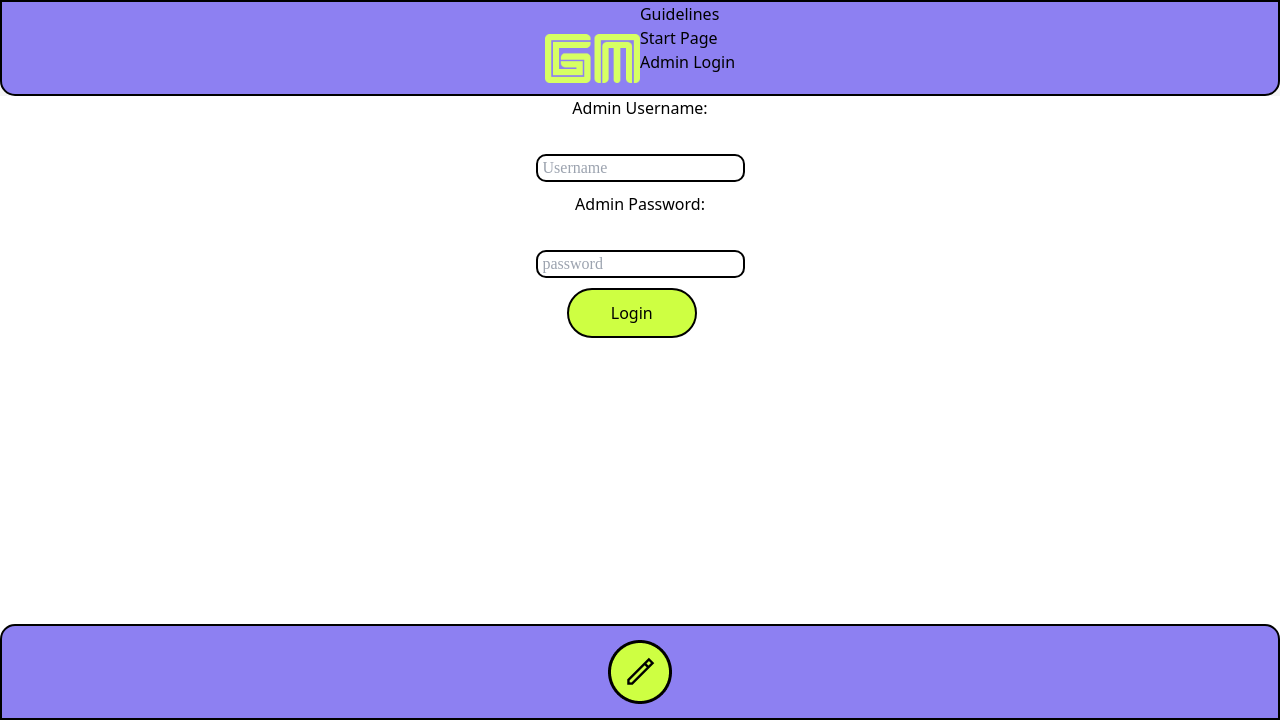
Repository: Yahya9102/Java22-ux22-Sideproject-main
Page: /adminLogin
These files come from the project's save history. The page is drawn as it stood at one moment and after a run of saves; the edit follows.
The browser window is 1280 px wide. The pictures show the whole page.
The project was rebuilt for these pictures with package versions that can differ from the ones it lists, and the page was loaded fresh each time. The framework's server and built-in components were replaced by stand-ins that run in the browser. Also part of the build but not shown: next.config.js.

Above is the page before, as saved 2023-05-04 14:03:15.

### pages/adminLogin.tsx
import { NextPage } from "next"
import Header from "@/p-components/header"
import AdminLogin from "@/p-components/AdminLogin"
import MainFooter from "@/p-components/MainFooter"
import { User } from "@/types/users"

const adminLogin: NextPage<User> = ({}) => {
  return (
    <div>
      <Header />
      <AdminLogin />
      <MainFooter />
    </div>
  )
}

export default adminLogin

### styles/globals.css
@tailwind base;
@tailwind components;
@tailwind utilities;

/* @import url("https://fonts.googleapis.com/css2?family=Space+Grotesk:wght@400;500;600;700&display=swap");
@import url("https://fonts.googleapis.com/css2?family=Space+Mono&display=swap");
@import url("https://fonts.googleapis.com/css2?family=Roboto+Condensed:wght@400;700&display=swap"); */

### p-components/header.tsx
import { NextPage } from "next"
import Image from "next/image"
import gmlogo from "/public/gmlogo.png"
import styles from "./styles/header.module.css"
import { useRouter } from "next/router"
import Link from "next/link"
import { useState } from "react"

const Header: NextPage = () => {
  const router = useRouter()

  const handleReturnToStartPage = () => {
    router.push("/startPage")
  }

  const [menuOpen, setMenuOpen] = useState(false)

  function handleMenuToggle() {
    setMenuOpen(!menuOpen)
  }

  return (
    <div className={styles.header_container}>
      <div className={styles.header_background}>
        <header className={styles.header_body}>
          <div className={styles.menu_icon}>
            <button type="button" onClick={handleMenuToggle}>
              <span className={styles.hamburger}></span>
              <span className={styles.hamburger}></span>
              <span className={styles.hamburger}></span>
            </button>
          </div>
          <div className={styles.menu_title}>
            <button type="button" onClick={handleReturnToStartPage}>
              <Image src={gmlogo} alt="Picture is unavailable" width={95} />
            </button>
          </div>
          <nav
            className={
              menuOpen
                ? `${styles.menu_links} ${styles.menu_open}`
                : styles.menu_links
            }
            onClick={handleMenuToggle}
          >
            <Link href="/">
              <p className={styles.menu_links_p}>Guidelines</p>
            </Link>
            <Link href="/startPage">
              <p className={styles.menu_links_p}>Start Page</p>
            </Link>
            <Link href="/adminLogin">
              <p className={styles.menu_links_p}> Admin Login</p>
            </Link>
          </nav>
        </header>
      </div>
    </div>
  )
}

export default Header

### p-components/AdminLogin.tsx
import { useState } from "react"
import { NextPage } from "next"
import router from "next/router"
import styles from "p-components/styles/adminLogin.module.css"

const AdminLogin: NextPage = () => {
  const ADMIN_USERNAME = process.env.NEXT_PUBLIC_ADMIN_USERNAME
  const ADMIN_PASSWORD = process.env.NEXT_PUBLIC_ADMIN_PASSWORD

  const [adminCredentials, setAdminCredentials] = useState({
    username: "",
    password: "",
  })

  const handleLoginClick = () => {
    if (
      adminCredentials.username === ADMIN_USERNAME &&
      adminCredentials.password === ADMIN_PASSWORD
    ) {
      router.push("/admin")
    } else {
      alert("Invalid admin username or password")
    }
  }

  return (
    <div className={styles.admin_body}>
      <fieldset>
        <label htmlFor="adminUsername" className={styles.label}>
          Admin Username:
        </label>
        <br />
        <input
          className={styles.input_fields}
          type="text"
          name="adminUsername"
          id="adminUsername"
          value={adminCredentials.username}
          onChange={(e) =>
            setAdminCredentials({
              ...adminCredentials,
              username: e.target.value,
            })
          }
          placeholder="Username"
        />
        <br />
        <label className={styles.label} htmlFor="adminPassword">
          Admin Password:
        </label>
        <br />
        <input
          className={styles.input_fields}
          type="password"
          name="adminPassword"
          id="adminPassword"
          value={adminCredentials.password}
          onChange={(e) =>
            setAdminCredentials({
              ...adminCredentials,
              password: e.target.value,
            })
          }
          placeholder="password"
        />
        <br />
        <button className={styles.adminLogin_button} onClick={handleLoginClick}>
          Login
        </button>
      </fieldset>
    </div>
  )
}

export default AdminLogin

### p-components/MainFooter.tsx
import React from "react"
import styles from "./styles/mainFooter.module.css"
import { useRouter } from "next/router"
import Image from "next/image"
import navbarImage from "../public/posticon.png"

function MainFooter() {
  const router = useRouter()

  const handleCreateButtonClick = () => {
    router.push("/createUser")
  }

  return (
    <div>
      <nav className={styles.main_footer}>
        <button type="submit" onClick={handleCreateButtonClick}>
          <Image
            src={navbarImage}
            alt=""
            width={64}
            height={64}
            className={styles.image_post}
          />
        </button>
      </nav>
    </div>
  )
}

export default MainFooter

### p-components/styles/header.module.css
.header_body {
  display: flex;
  justify-content: center;
  border: 2px solid black;
  min-height: 6rem;
  max-height: 6rem;
  border-radius: 0px 0px 15px 15px;
  background-color: rgba(141, 128, 242, 1);
}

.menu_title {
  padding-top: 2rem;
  /* background-color: aqua; */
}

.header_background {
  background-color: #f5f5f5;
}

### p-components/styles/adminLogin.module.css
.input_fields {
  border: solid 2px;
  border-radius: 10px;
  margin: 10px;
  font-family: "Space Grotesk";
  padding-left: 5px;
}

.adminLogin_button {
  background-color: #ceff42;
  width: 130px;
  height: 50px;
  border-radius: 25px;
  border: solid 2px;
  margin-left: 18%;
}

.admin_body {
  display: flex;
  justify-content: center;
}

.label {
  display: flex;
  justify-content: center;
}

### p-components/styles/mainFooter.module.css
.main_footer {
  background-color: rgba(141, 128, 242, 1);
  height: 6rem;
  width: 100%;
  display: flex;
  border-radius: 15px 15px 0px 0px;
  border: 2px solid black;
  justify-content: center;
  position: fixed;
  bottom: 0;
}

Loaded but not shown: pages/_app.tsx (common file); pages/_document.tsx (common file); tailwind.config.js (common file)

After the next 3 saves:
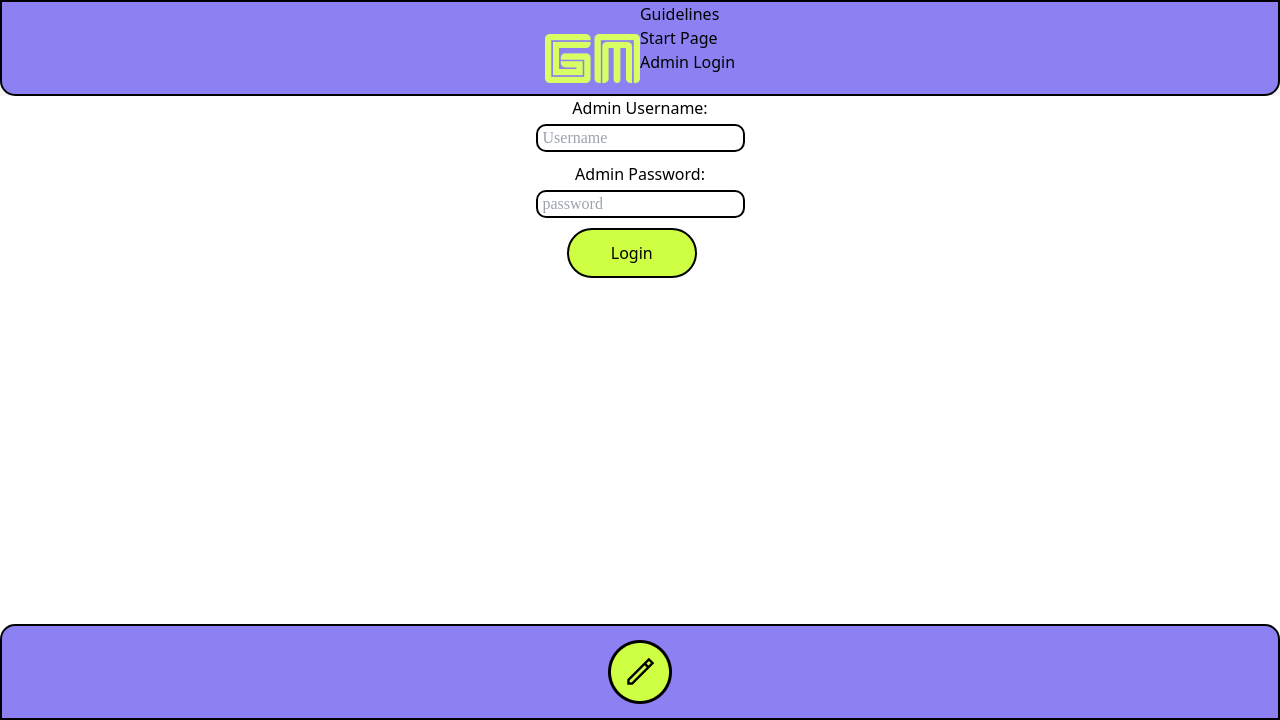
The 3 saves are shown as one change because they came seconds apart.
The last was saved 26 s later.
--- a/p-components/styles/adminLogin.module.css
+++ b/p-components/styles/adminLogin.module.css
@@ -22,5 +22,6 @@
 
 .label {
   display: flex;
+  margin-bottom: -30px;
   justify-content: center;
 }
